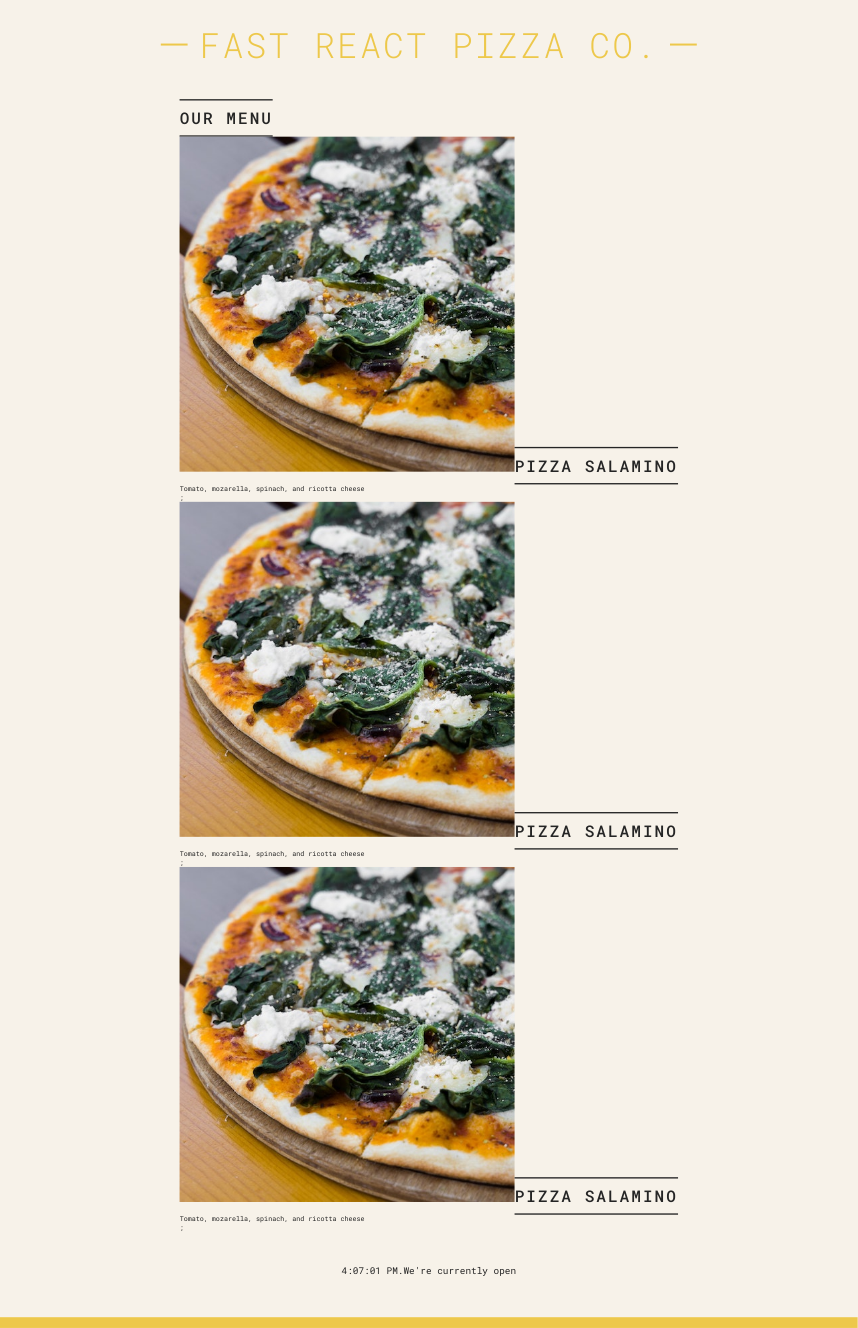
Repository: Aaryan-Poria/pizza-menu
Page: /
These files come from the project's save history. The page is drawn as it stood at one moment and after the next save; the edit follows.
The browser window is 1280 px wide. The pictures show the whole page, at 67% of full size.
The project was rebuilt for these pictures with package versions that can differ from the ones it lists, and the page was loaded fresh each time.

Above is the page before, as saved 2023-10-10 21:21:33.

### src/index.js
import React from "react";
import ReactDOM from "react-dom/client";
import "./index.css";

const pizzaData = [
  {
    name: "Focaccia",
    ingredients: "Bread with italian olive oil and rosemary",
    price: 6,
    photoName: "pizzas/focaccia.jpg",
    soldOut: false,
  },
  {
    name: "Pizza Margherita",
    ingredients: "Tomato and mozarella",
    price: 10,
    photoName: "pizzas/margherita.jpg",
    soldOut: false,
  },
  {
    name: "Pizza Spinaci",
    ingredients: "Tomato, mozarella, spinach, and ricotta cheese",
    price: 12,
    photoName: "pizzas/spinaci.jpg",
    soldOut: false,
  },
  {
    name: "Pizza Funghi",
    ingredients: "Tomato, mozarella, mushrooms, and onion",
    price: 12,
    photoName: "pizzas/funghi.jpg",
    soldOut: false,
  },
  {
    name: "Pizza Salamino",
    ingredients: "Tomato, mozarella, and pepperoni",
    price: 15,
    photoName: "pizzas/salamino.jpg",
    soldOut: true,
  },
  {
    name: "Pizza Prosciutto",
    ingredients: "Tomato, mozarella, ham, aragula, and burrata cheese",
    price: 18,
    photoName: "pizzas/prosciutto.jpg",
    soldOut: false,
  },
];

function App() {
  return (
    <div className="container">
      <Header />
      <Menu />
      <Footer />
    </div>
  );
}

function Pizza() {
  return (
    <div>
      <img src="pizzas/spinaci.jpg" alt="Pizza-Spinaci.img"></img>
      <h2> Pizza Salamino</h2>
      <p>Tomato, mozarella, spinach, and ricotta cheese</p>;
    </div>
  );
}

function Header() {
  const style = {}; // A JS Object
  return (
    <header className="header">
      <h1 style={style}>Fast React Pizza Co.</h1>
    </header>
  ); // CSS in JSX is an object. We have another {} to basically enter JS Mode
}
function Menu() {
  return (
    <main className="menu">
      <div>
        <h2> Our Menu</h2>
        <Pizza />
        <Pizza />
        <Pizza />
      </div>
    </main>
  );
}
function Footer() {
  const hour = new Date().getHours();
  const openingHour = 8;
  const closingHour = 23;

  const isOpen = hour >= openingHour && hour <= closingHour;
  console.log(isOpen);

  return (
    <footer className="footer">
      {new Date().toLocaleTimeString()}.We're currently open
    </footer>
  );
}

// React Version 18 and further
const root = ReactDOM.createRoot(document.getElementById("root"));
root.render(
  <React.StrictMode>
    <App />
  </React.StrictMode>
);

Loaded but not shown: public/index.html (common file); src/index.css (common file)

After the next save:
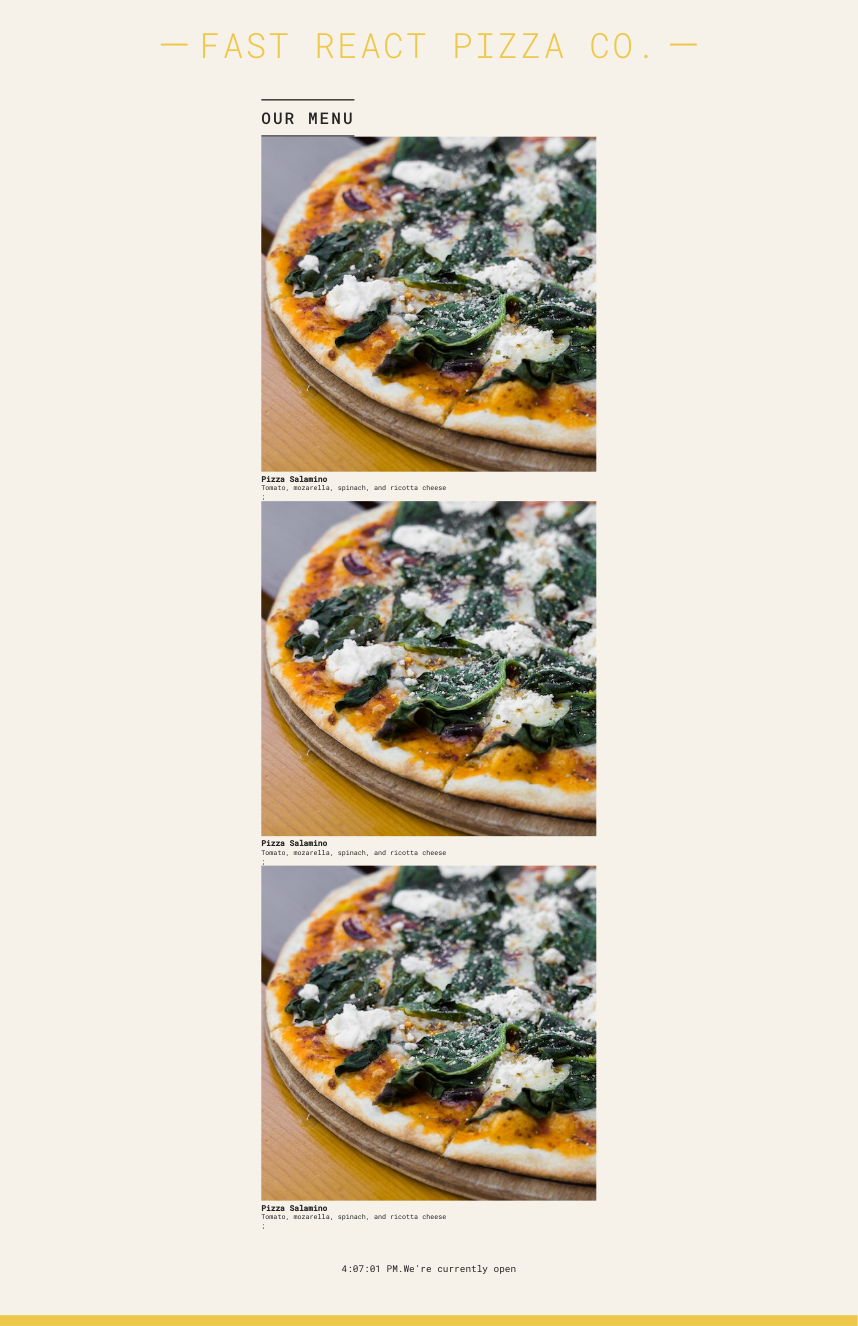
Saved 79 s later.
--- a/src/index.js
+++ b/src/index.js
@@ -61,7 +61,7 @@ function Pizza() {
   return (
     <div>
       <img src="pizzas/spinaci.jpg" alt="Pizza-Spinaci.img"></img>
-      <h2> Pizza Salamino</h2>
+      <h3> Pizza Salamino</h3>
       <p>Tomato, mozarella, spinach, and ricotta cheese</p>;
     </div>
   );
